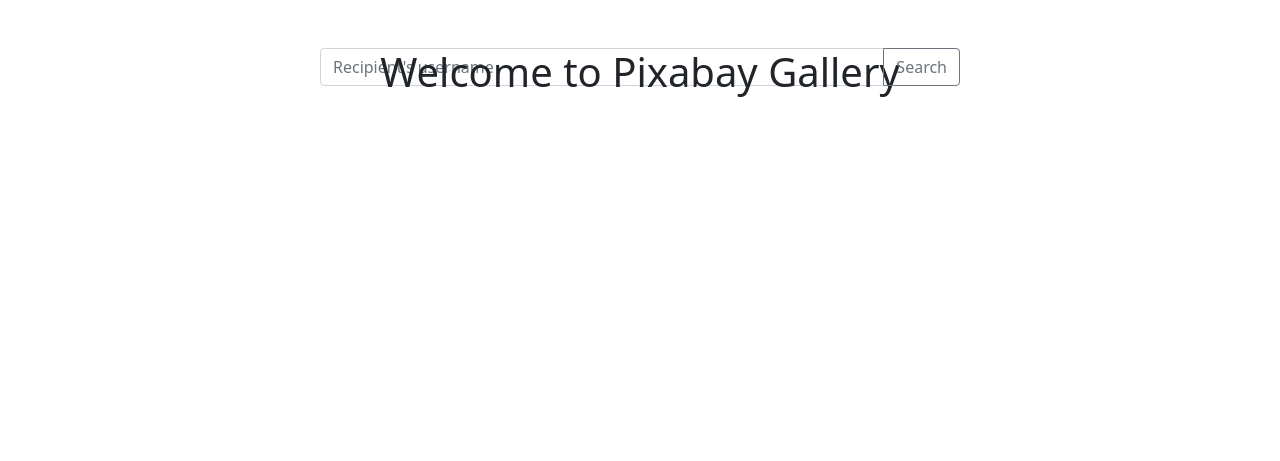
Repository: mehedi9465/PixaBay-Gallery
Page: index.html
These files come from the project's save history. The page is drawn as it stood at one moment and after the next save; the edit follows.
The browser window is 1280 px wide. The pictures show the whole page.

Above is the page before, as saved 2023-05-09 14:49:34.

### index.html
<!DOCTYPE html>
<html lang="en">
  <head>
    <meta charset="UTF-8" />
    <meta http-equiv="X-UA-Compatible" content="IE=edge" />
    <meta name="viewport" content="width=device-width, initial-scale=1.0" />
    <title>Pixabay</title>
    <link
      rel="shortcut icon"
      href="https://pixabay.com/favicon-32x32.png"
      type="image/x-icon"
    />
    <link
      href="https://cdn.jsdelivr.net/npm/bootstrap@5.1.1/dist/css/bootstrap.min.css"
      rel="stylesheet"
      integrity="sha384-F3w7mX95PdgyTmZZMECAngseQB83DfGTowi0iMjiWaeVhAn4FJkqJByhZMI3AhiU"
      crossorigin="anonymous"
    />
    <script
      src="https://cdn.jsdelivr.net/npm/bootstrap@5.1.1/dist/js/bootstrap.bundle.min.js"
      integrity="sha384-/bQdsTh/da6pkI1MST/rWKFNjaCP5gBSY4sEBT38Q/9RBh9AH40zEOg7Hlq2THRZ"
      crossorigin="anonymous"
    ></script>
    <link rel="stylesheet" href="css/style.css" />
  </head>
  <body>
    <main>
      <div class="position-relative" style="height: 0vh;">
        <div class="input-group mt-5 mb-5 w-50 mx-auto overflow-hidden">
        <input
          type="text"
          class="form-control"
          placeholder="Recipient's username"
          aria-label="Recipient's username"
          aria-describedby="button-addon2"
          id="InputField"
        />
        <button
          class="btn btn-outline-secondary"
          type="button"
          id="button-addon2"
        >
          Search
        </button>
      </div>
      <h1 class="text-center fs-1 position-absolute top-50 bottom-50 start-0 end-0 m-auto">Welcome to Pixabay Gallery</h1>
      </div>
    </main>

    <script src="js/script.js"></script>
  </body>
</html>

### css/style.css
.col img{
    width: 450px;
    height: 350px;
    object-fit: cover;
}

### js/script.js
const KEY = "12991928-c7c6409774c494db9971343c7";
let dataList = [];

const getData = (query) => {
  fetch(
    `https://pixabay.com/api/?key=${KEY}&q=${query}&image_type=photo&pretty=true`
  )
    .then((response) => response.json())
    .then((data) => loadData(data.hits))
    .catch((err) => console.log(err));
};

document.getElementById("button-addon2").addEventListener("click", () => {
  const inputValue = document.getElementById("InputField").value;
  getData(inputValue);
});

const loadData = (datas) => {
  dataList = [...datas];
  if (datas.length === 0) {
    alert("No result found");
    return;
  }
  const imageContainer = document.getElementById("image-Container");
  imageContainer.innerHTML = "";
  datas.forEach((data) => {
    let imgSerial = datas.indexOf(data);
    const appendDiv = document.createElement("div");
    appendDiv.innerHTML = `
        <div id="image" class="col text-center" onclick="loadDetails('${data.largeImageURL}', '${imgSerial}')">
            <img src="${data.largeImageURL}" class="card-img-top" alt="...">
        </div>
        `;
    imageContainer.appendChild(appendDiv);
  });
};

const detailDiv = document.getElementById("details");

document.getElementById("InputField").addEventListener("click", () => {
  document.getElementById("InputField").value = "";
});

const loadDetails = (data, imgSerial) => {
  // console.log(imgSerial);
  const img = document.createElement("img");
  img.setAttribute("src", data);

  const nextBTN = document.createElement("span");
  // nextBTN.innerHTML = `<button class="btn btn-secondary border-0 outline-0">Next</button>`
  nextBTN.innerHTML = `<img src="https://cdn-icons-png.flaticon.com/512/892/892528.png" width='80' class="position-absolute end-0 top-50 bottom-50 m-auto cursor-pointer" alt="..." onclick="onNext('${imgSerial}')" />`;

  const prevBTN = document.createElement("span");
  // prevBTN.innerHTML = `<button class="btn btn-secondary border-0 outline-0">Prev</button>`
  prevBTN.innerHTML = `<img src="https://cdn-icons-png.flaticon.com/512/892/892512.png" width='80' class="position-absolute start-0 top-50 bottom-50 m-auto cursor-pointer" alt="..." onclick="onPrev('${imgSerial}')" />`;

  detailDiv.innerHTML = "";
  detailDiv.append(prevBTN);
  detailDiv.appendChild(img);
  detailDiv.append(nextBTN);
};

const onNext = (imgSerial) => {
  if (imgSerial >= 0 && imgSerial <= 18) {
    imgSerial++;
    const data = dataList[imgSerial];
    loadDetails(data.largeImageURL, imgSerial);
  } else if (imgSerial == 19) {
    imgSerial = 0;
    const data = dataList[imgSerial];
    loadDetails(data.largeImageURL, imgSerial);
  }
};

const onPrev = (imgSerial) => {
  if (imgSerial <= 19 && imgSerial >=1) {
    imgSerial--;
    const data = dataList[imgSerial];
    loadDetails(data.largeImageURL, imgSerial);
  } else if (imgSerial == 0) {
    imgSerial = 19;
    const data = dataList[imgSerial];
    loadDetails(data.largeImageURL, imgSerial);
  }
};

// const nextBTN = ' <span><img class="border-0 outline-0" src="https://cdn-icons-png.flaticon.com/512/892/892512.png" alt="Prev" width="200"></span>'
// const prevBTN = '<span><img src="https://cdn-icons-png.flaticon.com/512/892/892528.png" alt="Next" width="200"></span>'

After the next save:
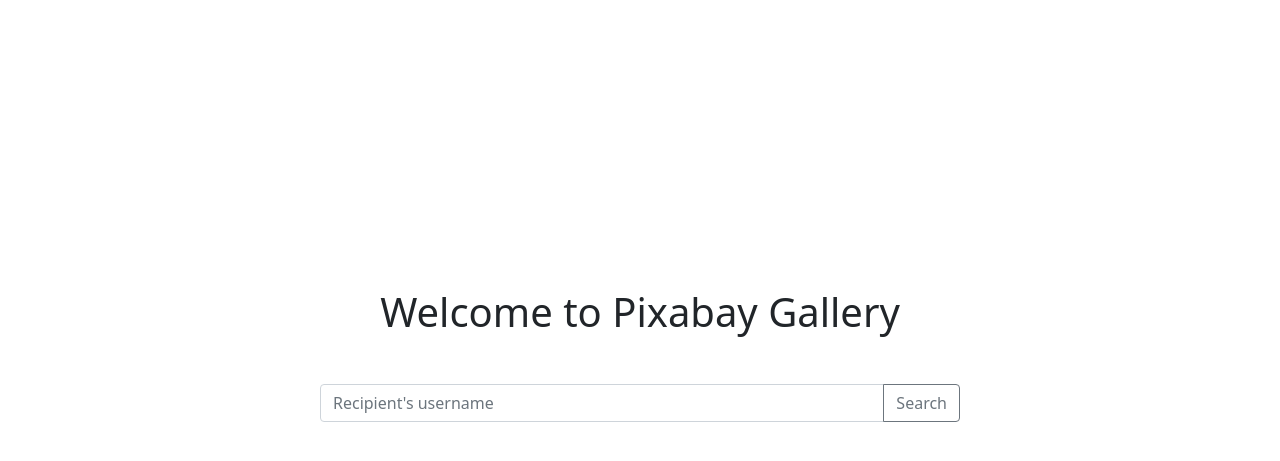
Saved 4 s later.
--- a/index.html
+++ b/index.html
@@ -25,25 +25,29 @@
   </head>
   <body>
     <main>
-      <div class="position-relative" style="height: 0vh;">
-        <div class="input-group mt-5 mb-5 w-50 mx-auto overflow-hidden">
-        <input
-          type="text"
-          class="form-control"
-          placeholder="Recipient's username"
-          aria-label="Recipient's username"
-          aria-describedby="button-addon2"
-          id="InputField"
-        />
-        <button
-          class="btn btn-outline-secondary"
-          type="button"
-          id="button-addon2"
+      <div class="position-relative" style="height: 80vh">
+        <div
+        class="text-center fs-1 position-absolute top-50 bottom-50 start-0 end-0 m-auto"
         >
-          Search
-        </button>
-      </div>
-      <h1 class="text-center fs-1 position-absolute top-50 bottom-50 start-0 end-0 m-auto">Welcome to Pixabay Gallery</h1>
+        <h1 class="text-center fs-1">Welcome to Pixabay Gallery</h1>
+          <div class="input-group mt-5 mb-5 w-50 mx-auto overflow-hidden">
+            <input
+              type="text"
+              class="form-control"
+              placeholder="Recipient's username"
+              aria-label="Recipient's username"
+              aria-describedby="button-addon2"
+              id="InputField"
+            />
+            <button
+              class="btn btn-outline-secondary"
+              type="button"
+              id="button-addon2"
+            >
+              Search
+            </button>
+          </div>
+        </div>
       </div>
     </main>
 
